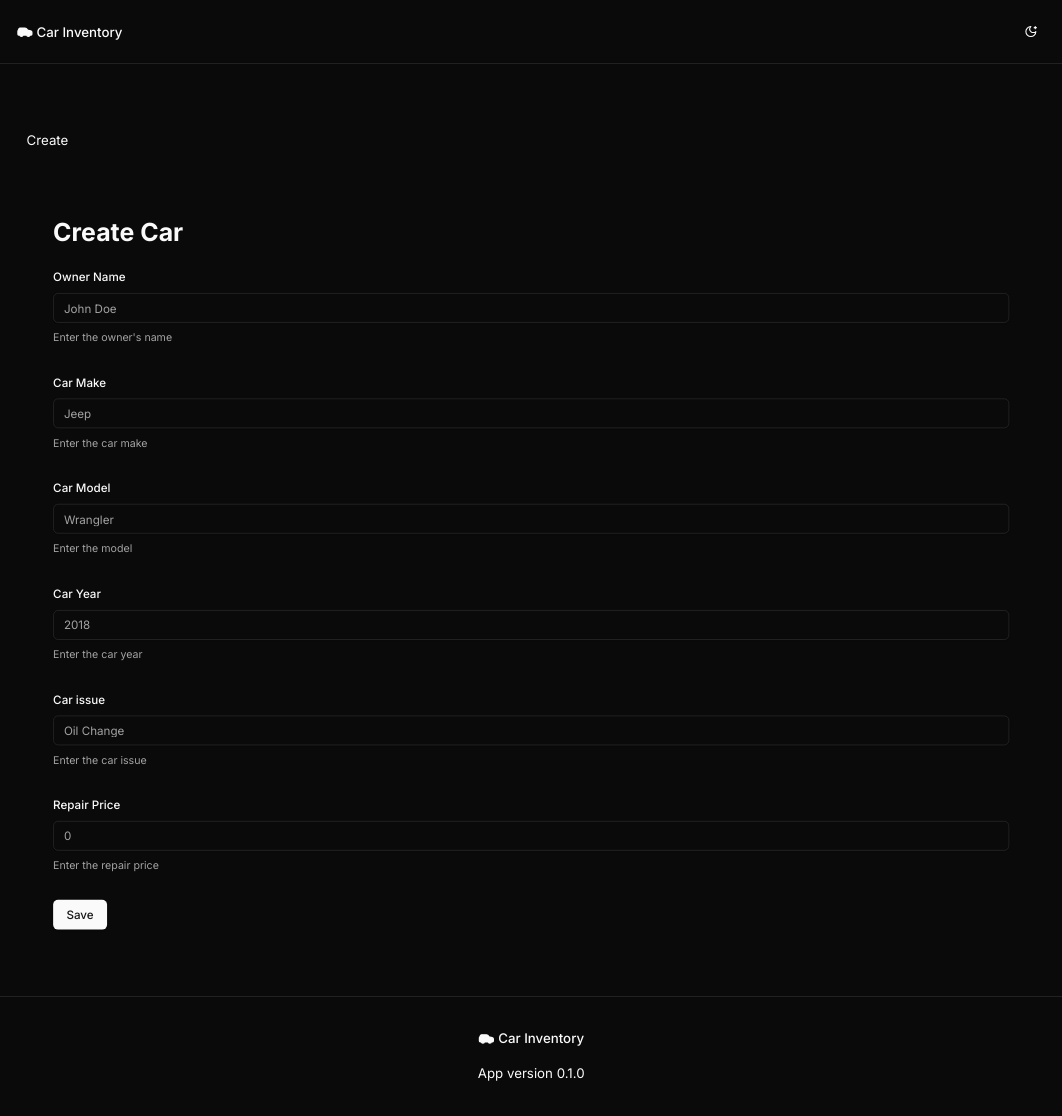
Repository: tushcmd/car-inventory
Page: /create (app in frontend/)
These files come from the project's save history. The page is drawn as it stood at one moment and after the next save; the edit follows.
The browser window is 1280 px wide. The pictures show the whole page, at 83% of full size.
The project was rebuilt for these pictures with package versions that can differ from the ones it lists, and the page was loaded fresh each time. The framework's server and built-in components were replaced by stand-ins that run in the browser. Also part of the build but not shown: frontend/next.config.mjs.

Above is the page before, as saved 2024-05-15 03:47:38.

### frontend/app/layout.tsx
import type { Metadata } from "next";
import { Inter } from "next/font/google";
import "./globals.css";
import AppProviders from "@/components/providers/AppProviders";
import Navbar from '@/components/shared/Navbar';
import Footer from "@/components/shared/Footer";
import { Toaster } from "@/components/ui/toaster";

const inter = Inter({ subsets: ["latin"] });

export const metadata: Metadata = {
  title: "Car Garage Inventory",
  description: "Nextjs Shadcnui Nodejs Express and MongoDB CRUD",
};

export default function RootLayout({
  children,
}: Readonly<{
  children: React.ReactNode;
}>) {
  return (
    <html lang="en" suppressHydrationWarning>
      <body className={inter.className}>
        <AppProviders>
          <Navbar />
          {children}
          <Footer />
          <Toaster />
        </AppProviders>
      </body>
    </html>
  );
}

### frontend/app/create/page.tsx
import CreateCar from "@/components/create-car";


export default function Create() {
    return (
        <div className="page-container min-h-screen">
            <h2 className="pb-4">Create</h2>
            <CreateCar />
        </div>
    )
}

### frontend/components/providers/AppProviders.tsx
'use client';

import { ThemeProvider } from 'next-themes';
import { FC, ReactNode } from 'react';

interface AppProvidersProps {
  children: ReactNode;
}


const AppProviders: FC<AppProvidersProps> = ({ children }) => {
  return (
    <>
      <ThemeProvider attribute="class" disableTransitionOnChange defaultTheme="dark" enableSystem>
        {children}

      </ThemeProvider>
    </>
  );
};

export default AppProviders;

### frontend/components/shared/Navbar.tsx
import React, { FC } from 'react';
import ThemeSwitcherButton from '../ui/ThemeSwitcher';
import Logo from './Logo';

const Navbar: FC = () => {
  return (
    <nav className="border-b py-5">
      <div className="layout-container flex justify-between items-center max-w-7xl">
        <Logo />
        <ThemeSwitcherButton />
      </div>
    </nav>
  );
};

export default Navbar;

### frontend/components/shared/Footer.tsx
import React, { FC } from 'react'
import Logo from './Logo'

const Footer: FC = () => {
  return (
    <footer className='border-t'>
        <div className='layout-container flex flex-col gap-5 items-center  justify-center py-10'>
            <Logo />
            <p>App version 0.1.0</p>
        </div>

    </footer>
  )
}

export default Footer

### frontend/components/ui/toaster.tsx
"use client"

import {
  Toast,
  ToastClose,
  ToastDescription,
  ToastProvider,
  ToastTitle,
  ToastViewport,
} from "@/components/ui/toast"
import { useToast } from "@/components/ui/use-toast"

export function Toaster() {
  const { toasts } = useToast()

  return (
    <ToastProvider>
      {toasts.map(function ({ id, title, description, action, ...props }) {
        return (
          <Toast key={id} {...props}>
            <div className="grid gap-1">
              {title && <ToastTitle>{title}</ToastTitle>}
              {description && (
                <ToastDescription>{description}</ToastDescription>
              )}
            </div>
            {action}
            <ToastClose />
          </Toast>
        )
      })}
      <ToastViewport />
    </ToastProvider>
  )
}

### frontend/components/create-car.tsx
'use client';

import { zodResolver } from '@hookform/resolvers/zod';
import { useForm } from 'react-hook-form';
import { z } from 'zod';
import { Button } from '@/components/ui/button';
import {
  Form,
  FormControl,
  FormDescription,
  FormField,
  FormItem,
  FormLabel,
  FormMessage,
} from '@/components/ui/form';
import { Input } from '@/components/ui/input';
import { toast } from "./ui/use-toast"
import { useRouter } from 'next/navigation';

const carSchema = z.object({
  ownerName: z.string().min(1, 'Owner name is required'),
  make: z.string().min(1, 'Make is required'),
  model: z.string().min(1, 'Model is required'),
  carYear: z.coerce.number().int().gte(1900, 'Car year must be after a year after 1900'),
  issue: z.string().min(1, 'Issue is required'),
  repairPrice: z.coerce.number().nonnegative('Repair price must be a non-negative number'),
});

type Car = z.infer<typeof carSchema>;

export default function CreateCar () {
  const router = useRouter();
  const form = useForm<Car>({
    resolver: zodResolver(carSchema),
  });

  const onSubmit = async (data: Car) => {
    try {
      const response = await fetch('http://localhost:8080/cars', {
        method: 'POST',
        headers: {
          'Content-Type': 'application/json',
        },
        body: JSON.stringify(data),
      });

      if (response.ok) {
        toast({
          title: 'Car Created',
          description: 'Car Created successfully',
        })
        router.push('/');
      } else {
        toast({
          title: 'Error',
          description: 'Error creating car',
          variant: 'destructive',
        });
      }
    } catch (error) {
      toast({
        title: 'Error',
        description: 'Error creating car',
        variant: 'destructive',
      });
      console.log(error);
    }
  };


  return (
    <div className="container flex flex-col gap-6 mx-auto">

      <h1 className="text-3xl font-bold">Create Car</h1>
      <Form {...form}>
        <form onSubmit={form.handleSubmit(onSubmit)} className="space-y-8">
          <FormField
            control={form.control}
            name="ownerName"
            render={({ field }) => (
              <FormItem>
                <FormLabel>Owner Name</FormLabel>
                <FormControl>
                  <Input placeholder="John Doe" {...field} />
                </FormControl>
                <FormDescription>Enter the owner&apos;s name</FormDescription>
                <FormMessage />
              </FormItem>
            )}
          />
          <FormField
            control={form.control}
            name="make"
            render={({ field }) => (
              <FormItem>
                <FormLabel>Car Make</FormLabel>
                <FormControl>
                  <Input placeholder="Jeep" {...field} />
                </FormControl>
                <FormDescription>Enter the car make</FormDescription>
                <FormMessage />
              </FormItem>
            )}
          />
          <FormField
            control={form.control}
            name="model"
            render={({ field }) => (
              <FormItem>
                <FormLabel>Car Model</FormLabel>
                <FormControl>
                  <Input placeholder="Wrangler" {...field} />
                </FormControl>
                <FormDescription>Enter the model</FormDescription>
                <FormMessage />
              </FormItem>
            )}
          />
          <FormField
            control={form.control}
            name="carYear"
            render={({ field }) => (
              <FormItem>
                <FormLabel>Car Year</FormLabel>
                <FormControl>
                  <Input type='number' placeholder="2018" {...field} />
                </FormControl>
                <FormDescription>Enter the car year</FormDescription>
                <FormMessage />
              </FormItem>
            )}
          />
          <FormField
            control={form.control}
            name="issue"
            render={({ field }) => (
              <FormItem>
                <FormLabel>Car issue</FormLabel>
                <FormControl>
                  <Input placeholder="Oil Change" {...field} />
                </FormControl>
                <FormDescription>Enter the car issue</FormDescription>
                <FormMessage />
              </FormItem>
            )}
          />
          <FormField
            control={form.control}
            name="repairPrice"
            render={({ field }) => (
              <FormItem>
                <FormLabel>Repair Price</FormLabel>
                <FormControl>
                  <Input type='number' placeholder="0" {...field} />
                </FormControl>
                <FormDescription>Enter the repair price</FormDescription>
                <FormMessage />
              </FormItem>
            )}
          />
          {/* ... (other form fields) */}
          <Button type="submit">Save</Button>
        </form>
      </Form>
    </div>
  );
};

{/*
"use client"

import { zodResolver } from "@hookform/resolvers/zod"
import { DefaultValues, useForm } from "react-hook-form"
import { z } from "zod"

import { Button } from "@/components/ui/button"
import {
  Form,
  FormControl,
  FormDescription,
  FormField,
  FormItem,
  FormLabel,
  FormMessage,
} from "@/components/ui/form"
import { Input } from "@/components/ui/input"
import router from "next/router"
import { toast } from "./ui/use-toast"


const formSchema = z.object({
  ownerName: z.string().min(1, {
    message: 'Owner name is required'
  }),
  make: z.string().min(1, {
    message: 'Make is required'
  }),
  model: z.string().min(1, {
    message: 'Model is required'
  }),
  carYear: z.number().positive({
    message: 'Car year must be a positive number',
  }),
  issue: z.string().min(1, {
    message: 'Issue is required',
  }),
  repairPrice: z.number().nonnegative({
    message: 'Repair price must be a non-negative number',
  }),
})

export function CreateCar() {
  // 1. Define your form.
  const form = useForm<z.infer<typeof formSchema>>({
    resolver: zodResolver(formSchema),
    defaultValues: {
      ownerName: "",
      make: "",
      model: "",
      carYear: 2018,
      issue: "",
      repairPrice: 0,
    },
  })

  // 2. Define a submit handler.
  function onSubmit(values: z.infer<typeof formSchema>) {
    // Do something with the form values.
    // ✅ This will be type-safe and validated.
    const postValues = async (data: values) => {
      try {
        const response = await fetch('http://localhost:8080/cars', {
          method: 'POST',
          headers: {
            'Content-Type': 'application/json',
          },
          body: JSON.stringify(data),
        });
        if (response.ok) {
          toast({
            title: 'Car Created',
            description: 'Car Created successfully',
          })
          router.push('/');
        } else {
          toast({
            title: 'Error',
            description: 'Error creating car',
            variant: 'destructive',
          });
        }
      } catch (error) {
        toast({
          title: 'Error',
          description: 'Error creating car',
          variant: 'destructive',
        });
        console.log(error);
      }
    };
    console.log(values)
  }

  return (
    <Form {...form}>
      <form onSubmit={form.handleSubmit(onSubmit)} className="space-y-8">
        <FormField
          control={form.control}
          ownerName="Car Owner"
          render={({ field }) => (
            <FormItem>
              <FormLabel>Username</FormLabel>
              <FormControl>
                <Input placeholder="tushcmd" {...field} />
              </FormControl>
              <FormDescription>
                Public display name.
              </FormDescription>
              <FormMessage />
            </FormItem>
          )}
        />
        <Button type="submit">Submit</Button>
      </form>
    </Form>
  )
}

*/}
{/*

'use client'
import { useRouter } from 'next/navigation'
import { z } from 'zod'
import { zodResolver } from '@hookform/resolvers/zod'
import { useForm } from "react-hook-form"
import { Button } from "@/components/ui/button"
import { Form, FormControl, FormDescription, FormField, FormItem, FormLabel, FormMessage, } from "@/components/ui/form"
import { Input } from "@/components/ui/input"
import { ToastAction } from "@/components/ui/toast"
import { useToast } from "@/components/ui/use-toast"

const formSchema = z.object({
  ownerName: z.string().min(1, 'Owner name is required'),
  make: z.string().min(1, 'Make is required'),
  model: z.string().min(1, 'Model is required'),
  carYear: z.number().positive('Car year must be a positive number'),
  issue: z.string().min(1, 'Issue is required'),
  repairPrice: z.number().nonnegative('Repair price must be a non-negative number'),
})

type Car = z.infer<typeof formSchema>;

export default function CreateCar() {
  const router = useRouter()
  const { toast } = useToast()
  const { register, handleSubmit, formState: { errors } } = useForm<Car>({
    resolver: zodResolver(formSchema),
    defaultValues: {
      ownerName: "",
      make: "",
      model: "",
      carYear: 2018,
      issue: "",
      repairPrice: 0,
    },
  });

  const onSubmit = async (data: Car) => {
    try {
      const response = await fetch('http://localhost:8080/cars', {
        method: 'POST',
        headers: {
          'Content-Type': 'application/json',
        },
        body: JSON.stringify(data),
      });
      if (response.ok) {
        toast({
          title: 'Car Created',
          description: 'Car Created successfully',
        })
        router.push('/');
      } else {
        toast({
          title: 'Error',
          description: 'Error creating car',
          variant: 'destructive',
        });
      }
    } catch (error) {
      toast({
        title: 'Error',
        description: 'Error creating car',
        variant: 'destructive',
      });
      console.log(error);
    }
  };

  return (
    <div className="flex items-center py-4 flex-row justify-between">
      <Form>
        <form onSubmit={handleSubmit(onSubmit)} className="space-y-8">
          <FormField
            control={register}
            name="ownerName"
            render={({ field }) => (
              <FormItem>
                <FormLabel>Owner Name</FormLabel>
                <FormControl>
                  <Input placeholder="John Doe" {...field} />
                </FormControl>
                <FormDescription>Enter the owner's name</FormDescription>
                <FormMessage />
              </FormItem>
            )}
          />
        </form>
      </Form>
    </div>
  )
}
*/}
{/*

'use client'


import { useRouter } from 'next/navigation'
import { z } from 'zod'

import { zodResolver } from '@hookform/resolvers/zod'
import { useForm } from "react-hook-form"

import { Button } from "@/components/ui/button"
import {
    Form,
    FormControl,
    FormDescription,
    FormField,
    FormItem,
    FormLabel,
    FormMessage,
} from "@/components/ui/form"
import { Input } from "@/components/ui/input"
import { ToastAction } from "@/components/ui/toast"
import { useToast } from "@/components/ui/use-toast"


const formSchema = z.object({
    ownerName: z.string().min(1, 'Owner name is required'),
    make: z.string().min(1, 'Make is required'),
    model: z.string().min(1, 'Model is required'),
    carYear: z.number().positive('Car year must be a positive number'),
    issue: z.string().min(1, 'Issue is required'),
    repairPrice: z.number().nonnegative('Repair price must be a non-negative number'),
})

//type Car = z.infer<typeof formSchema>;


export default function CreateCar() {
    //1. Define your form.
    const form = useForm<z.infer<typeof formSchema>>({
        resolver: zodResolver(formSchema),
        defaultValues: {
            ownerName: "",
            make: "",
            model: "",
            carYear: 2018,
            issue: "",
            repairPrice: 0,
        },
    },

    // 2. Define a submit handler.
    //function onSubmit(values: z.infer<typeof formSchema>) {
    //    // Do something with the form values.
    //    // ✅ This will be type-safe and validated.
    //    console.log(values)
    //}

    const router = useRouter()
    const { toast } = useToast()
    const { register, handleSubmit, formState: { errors } } = useForm<form>({
        resolver: zodResolver(formSchema),
    });
    const onSubmit = async (data: form) => {
        try {
            const response = await fetch('http://localhost:8080/cars', {
                method: 'POST',
                headers: {
                    'Content-Type': 'application/json',
                },
                body: JSON.stringify(data),
            });

            if (response.ok) {
                toast({
                    title: 'Car Created',
                    description: 'Car Created successfully',
                })
                router.push('/');
            } else {
                toast({
                    title: 'Error',
                    description: 'Error creating car',
                    variant: 'destructive',
                });
            }
        } catch (error) {
            toast({
                title: 'Error',
                description: 'Error creating car',
                variant: 'destructive',
            });
            console.log(error);
        }
    };
    return (

        <div className="flex items-center py-4 flex-row justify-between">
            <Form {...form}>
                <form onSubmit={form.handleSubmit(onSubmit)} className="space-y-8">
                    <FormField
                        control={form.control}
                        name="ownerName"
                        render={({ field }) => (
                            <FormItem>
                                <FormLabel>Owner Name</FormLabel>
                                <FormControl>
                                    <Input placeholder="John Doe" {...field} />
                                </FormControl>
                                <FormDescription>Enter the owner's name</FormDescription>
                                <FormMessage />
                            </FormItem>
                        )}
                    />
                </form>
            </Form>
        </div>
    )
}


'use client';

import { ArrowLeft } from 'lucide-react';
import { Button } from '@/components/ui/button';
import { useForm } from 'react-hook-form';
import { zodResolver } from '@hookform/resolvers/zod';
import { Toaster, Toast } from '@/components/ui/toaster';
import { useRouter } from 'next/navigation';
import { z } from 'zod';
import Create from '../../.history/frontend/app/create/page_20240512025654';

const carSchema = z.object({
  ownerName: z.string().min(1, 'Owner name is required'),
  make: z.string().min(1, 'Make is required'),
  model: z.string().min(1, 'Model is required'),
  carYear: z.number().positive('Car year must be a positive number'),
  issue: z.string().min(1, 'Issue is required'),
  repairPrice: z.number().nonnegative('Repair price must be a non-negative number'),
});

type Car = z.infer<typeof carSchema>;

const CreateCar = () => {
  const router = useRouter();
  const { register, handleSubmit, formState: { errors } } = useForm<Car>({
    resolver: zodResolver(carSchema),
  });

  const onSubmit = async (data: Car) => {
    try {
      const response = await fetch('http://localhost:8080/cars', {
        method: 'POST',
        headers: {
          'Content-Type': 'application/json',
        },
        body: JSON.stringify(data),
      });

      if (response.ok) {
        Toast({
          title: 'Car Created',
          description: 'Car Created successfully',
          variant: 'success',
        });
        router.push('/');
      } else {
        Toast({
          title: 'Error',
          description: 'Error creating car',
          variant: 'destructive',
        });
      }
    } catch (error) {
      Toast({
        title: 'Error',
        description: 'Error creating car',
        variant: 'destructive',
      });
      console.log(error);
    }
  };

  return (
    <div className="container flex flex-col gap-6 mx-auto">
      <Toaster />
      <Button variant="ghost" onClick={() => router.back()}>
        <ArrowLeft className="mr-2 h-4 w-4" />
        Go Back
      </Button>
      <h1 className="text-3xl font-bold">Create Car</h1>
      <form onSubmit={handleSubmit(onSubmit)} className="grid gap-4">
        <div className="grid grid-cols-4 items-center gap-4">
          <label htmlFor="ownerName" className="text-right">Owner Name</label>
          <input
            id="ownerName"
            type="text"
            {...register('ownerName')}
            className={`col-span-3 border border-gray-300 rounded-md px-4 py-2 ${errors.ownerName ? 'border-red-500' : ''}`}
          />
          {errors.ownerName && <span className="col-span-4 text-red-500">{errors.ownerName.message}</span>}
        </div>
        //... (other input fields)
        <Button type="submit">Save</Button>
      </form>
    </div>
  );
};

export default CreateCar;

*/}

### frontend/components/shared/Logo.tsx

import { Car } from "lucide-react";
import Link from "next/link";
import React, { FC } from "react";

const Logo: FC = () => {
	return (
		<Link href='/' className="flex items-center gap-1 component-focus rounded-md">
			<Car   className="w-5 h-5 fill-current" />
			<h1 className="inline-flex flex-col gap-0 leading-none font-medium">
				<p>Car Inventory</p>
			</h1>
		</Link>
	);
};

export default Logo;

### frontend/components/ui/input.tsx
import * as React from "react"

import { cn } from "@/lib/utils"

export interface InputProps
  extends React.InputHTMLAttributes<HTMLInputElement> {}

const Input = React.forwardRef<HTMLInputElement, InputProps>(
  ({ className, type, ...props }, ref) => {
    return (
      <input
        type={type}
        className={cn(
          "flex h-9 w-full rounded-md border border-input bg-transparent px-3 py-1 text-sm shadow-sm transition-colors file:border-0 file:bg-transparent file:text-sm file:font-medium placeholder:text-muted-foreground focus-visible:outline-none focus-visible:ring-1 focus-visible:ring-ring disabled:cursor-not-allowed disabled:opacity-50",
          className
        )}
        ref={ref}
        {...props}
      />
    )
  }
)
Input.displayName = "Input"

export { Input }

### frontend/components/ui/label.tsx
"use client"

import * as React from "react"
import * as LabelPrimitive from "@radix-ui/react-label"
import { cva, type VariantProps } from "class-variance-authority"

import { cn } from "@/lib/utils"

const labelVariants = cva(
  "text-sm font-medium leading-none peer-disabled:cursor-not-allowed peer-disabled:opacity-70"
)

const Label = React.forwardRef<
  React.ElementRef<typeof LabelPrimitive.Root>,
  React.ComponentPropsWithoutRef<typeof LabelPrimitive.Root> &
    VariantProps<typeof labelVariants>
>(({ className, ...props }, ref) => (
  <LabelPrimitive.Root
    ref={ref}
    className={cn(labelVariants(), className)}
    {...props}
  />
))
Label.displayName = LabelPrimitive.Root.displayName

export { Label }

Loaded but not shown: frontend/components/ui/use-toast.ts (common file); frontend/lib/utils.ts (common file); frontend/tailwind.config.ts (common file); frontend/components/ui/dropdown-menu.tsx (205 lines, source omitted); frontend/components/ui/toast.tsx (129 lines, source omitted); frontend/components/ui/form.tsx (176 lines, source omitted); frontend/components/ui/button.tsx (57 lines, source omitted); frontend/app/globals.css (103 lines, source omitted); frontend/components/ui/ThemeSwitcher.tsx (56 lines, source omitted)

After the next save:
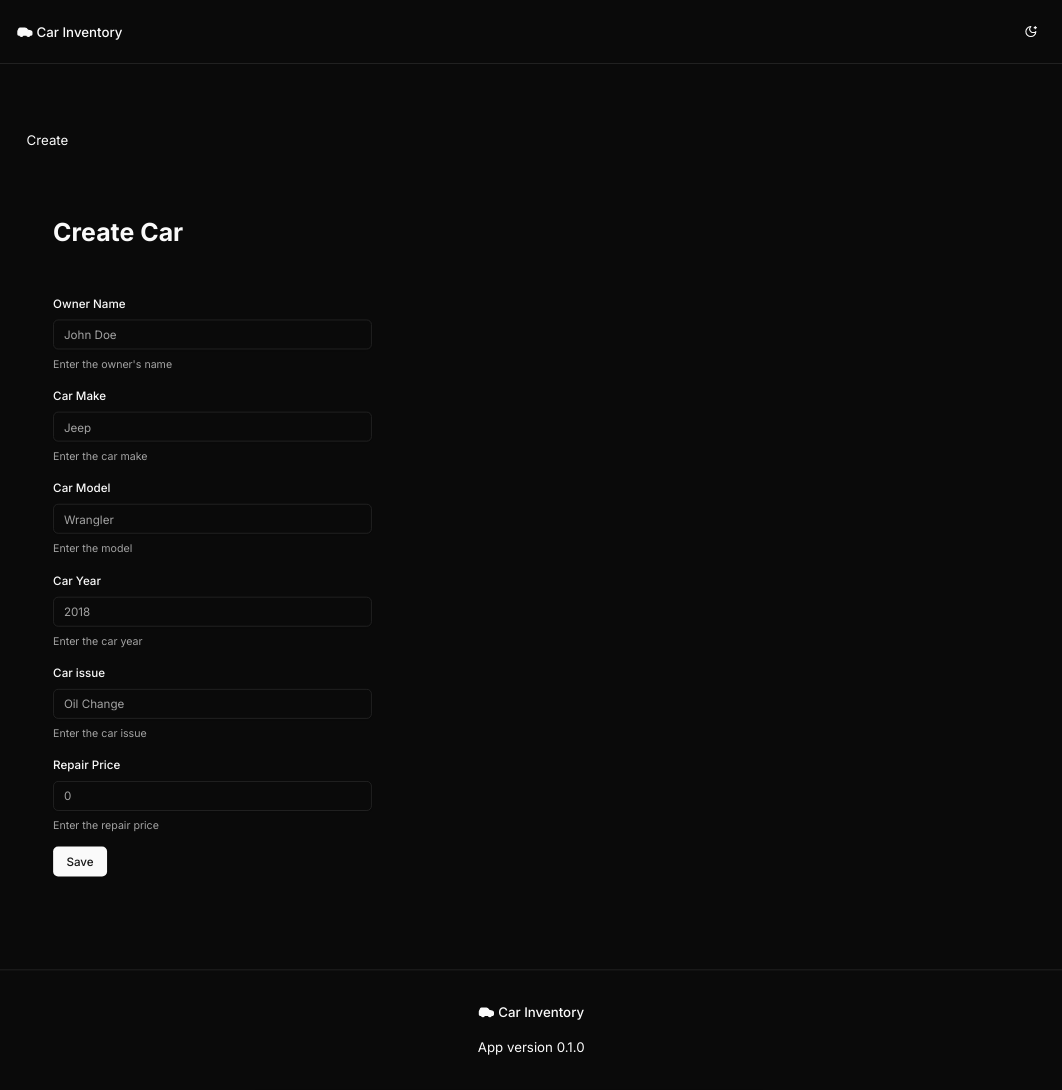
Saved 69 s later.
--- a/frontend/components/create-car.tsx
+++ b/frontend/components/create-car.tsx
@@ -73,7 +73,7 @@ export default function CreateCar () {
 
       <h1 className="text-3xl font-bold">Create Car</h1>
       <Form {...form}>
-        <form onSubmit={form.handleSubmit(onSubmit)} className="space-y-8">
+        <form onSubmit={form.handleSubmit(onSubmit)} className="w-full space-y-4 py-8 sm:w-[24rem]">
           <FormField
             control={form.control}
             name="ownerName"
